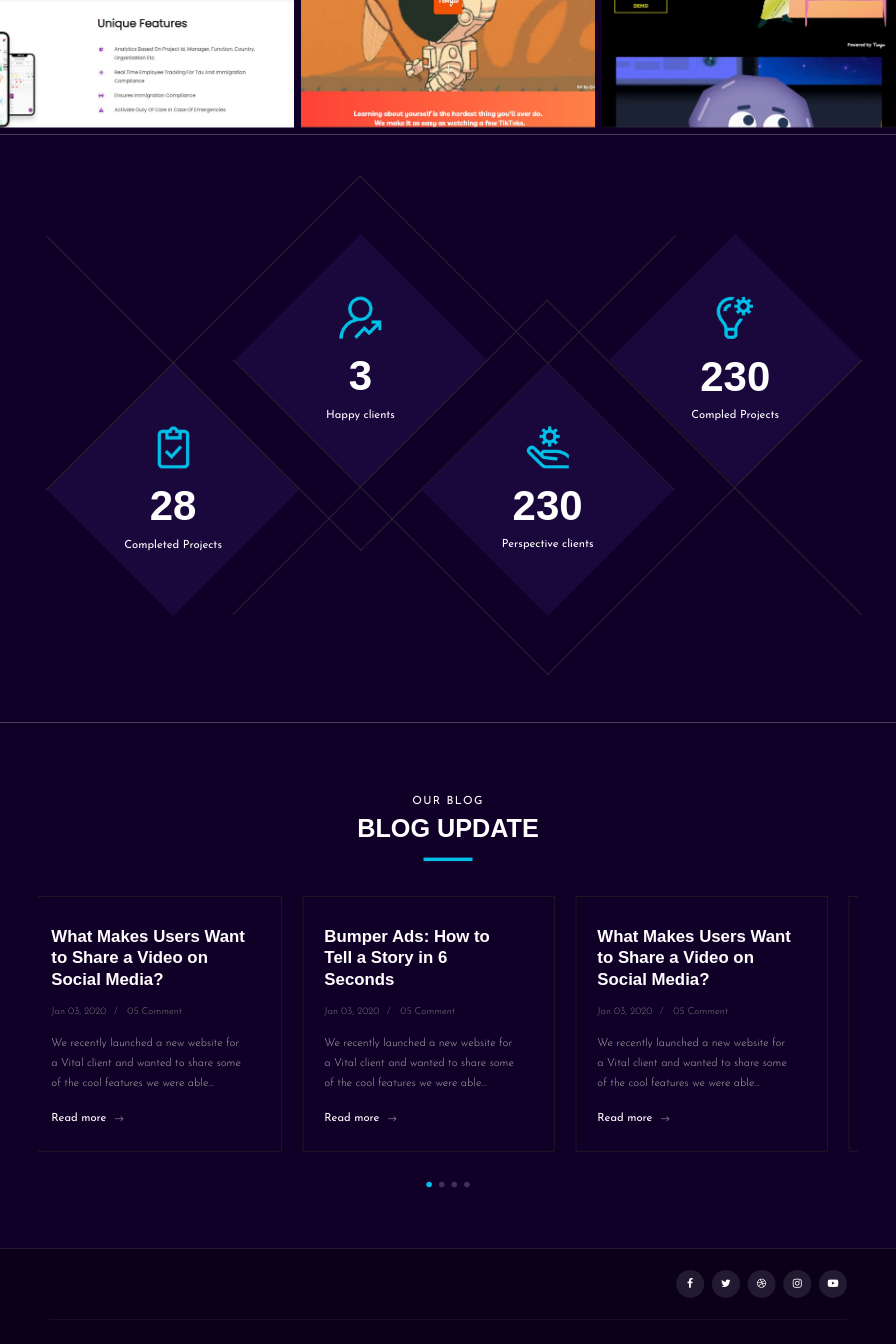
Repository: codexshot/himanshu-portfolio.io
Page: index.html
The author's editor kept a copy of each file at every save. The page is drawn from the files as they stood at one save, then again after the next save.
The browser window is 1280 px wide. The pictures show the part of the page from y = 1873 to 3793 px (the page is 4168 px tall before and 3328 px after), at 70% of full size.
Some web fonts or font styles are not loaded; a fallback is used.

Above is the page before, as saved 2024-07-31 01:21:36.

After the next save:
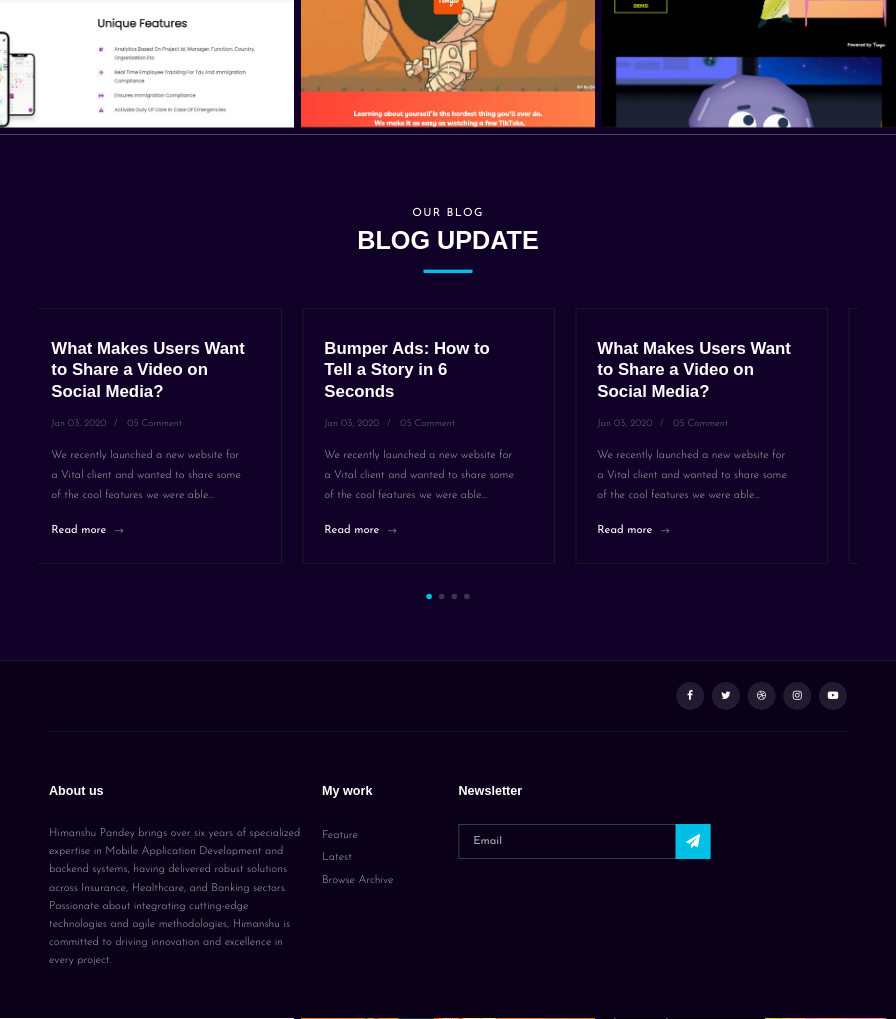
Saved 44 s later.
--- a/index.html
+++ b/index.html
@@ -248,7 +248,7 @@
     <!-- Work Section End -->
 
     <!-- Counter Section Begin -->
-    <section class="counter">
+    <!-- <section class="counter">
         <div class="container">
             <div class="counter__content">
                 <div class="row">
@@ -291,7 +291,7 @@
                 </div>
             </div>
         </div>
-    </section>
+    </section> -->
     <!-- Counter Section End -->
 
     <!-- Team Section Begin -->
